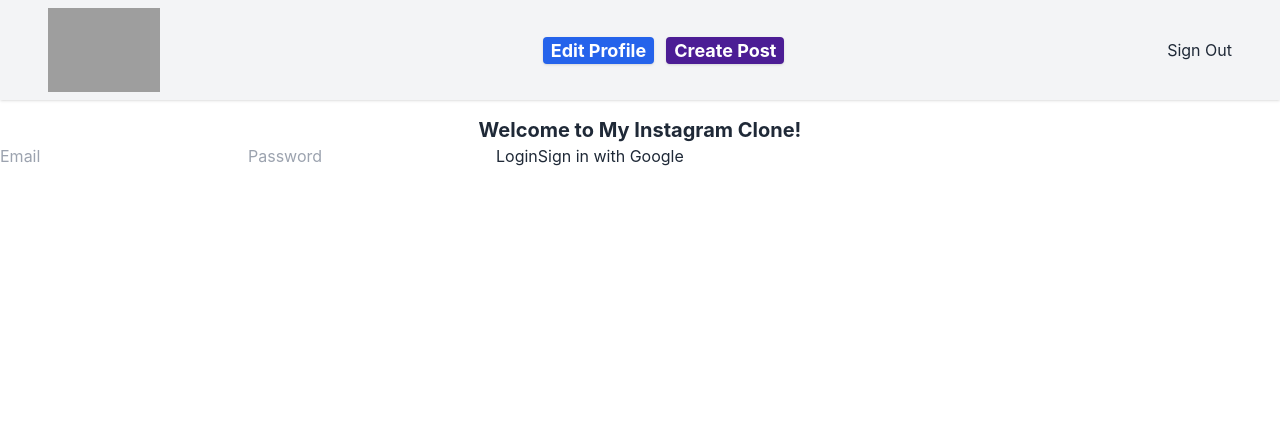
Repository: ossioa/instagrmmanu
Page: /login
These files come from the project's save history. The page is drawn as it stood at one moment and after the next save; the edit follows.
The browser window is 1280 px wide. The pictures show the whole page.
Pictures or frames that could not be fetched are drawn as grey boxes. The page's requests for data from a server got no answer. The project was rebuilt for these pictures with package versions that can differ from the ones it lists, and the page was loaded fresh each time. No one was signed in, and anything a server would have sent is missing. Also part of the build but not shown: src/Components/Auth/Signup.js, src/Components/Common/Layout.jsx, src/Components/Profile/EditProfile.jsx, src/Components/Post/CreatePost.jsx.

Above is the page before, as saved 2024-05-12 00:27:27.

### src/App.js
import React from 'react';
import { BrowserRouter as Router, Routes, Route, Navigate } from 'react-router-dom';
import { AuthProvider } from './contexts/AuthContext';
import Login from './Components/Auth/Login';
import Signup from './Components/Auth/Signup';
import Layout from './Components/Common/Layout';
import EditProfile from './Components/Profile/EditProfile';
import CreatePost from './Components/Post/CreatePost';
//import PrivateRoute from './Components/Common/PrivateRoute';
import Navbar from './Components/Common/Navbar';
import Home from './Home';



function App() {
  return (
    <Router>
      <AuthProvider>
      <Home/>
        <Routes>
          <Route path="/login" element={<Login />} />
          <Route path="/signup" element={<Signup />} />
          <Route path="/" element={
              <Layout>
                <EditProfile />
                <CreatePost />
                <Navbar/>
              </Layout>
          } />
          <Route path="*" element={<Navigate to="/" />} />
        </Routes>
      </AuthProvider>
    </Router>
  );
}

export default App;

### src/contexts/AuthContext.jsx
import React, { createContext, useContext, useState, useEffect } from 'react';
import { auth } from '../config/firebase';
import { onAuthStateChanged } from 'firebase/auth';

const AuthContext = createContext();

export const AuthProvider = ({ children }) => {
  const [user, setUser] = useState(null);
  const [isLoading, setIsLoading] = useState(true); // Track loading state

  useEffect(() => {
    const unsubscribe = onAuthStateChanged(auth, (user) => {
      setUser(user);
      setIsLoading(false); // Update loading state when auth state is resolved
    });

    return () => unsubscribe();
  }, []);

  return (
    <AuthContext.Provider value={{ user, isLoading }}>
      {children}
    </AuthContext.Provider>
  );
};

export const useAuth = () => useContext(AuthContext);

### src/Components/Auth/Login.jsx
import React, { useState } from 'react';
import { auth } from '../../config/firebase';
import { signInWithEmailAndPassword, GoogleAuthProvider, signInWithPopup } from 'firebase/auth';

const Login = () => {
  const [email, setEmail] = useState('');
  const [password, setPassword] = useState('');

  const handleEmailLogin = async (event) => {
    event.preventDefault();
    try {
      const userCredential = await signInWithEmailAndPassword(auth, email, password);
      console.log('Logged in Successfully:', userCredential.user);
    } catch (error) {
      console.error('Error Logging in:', error);
    }
  };

  const googleSignIn = async () => {
    const provider = new GoogleAuthProvider();
    try {
      const result = await signInWithPopup(auth, provider);
      console.log('Google Sign-In Success', result.user);
    } catch (error) {
      console.error('Google Sign-In Error', error);
    }
  };

  return (
    <form onSubmit={handleEmailLogin}>
      <input type="email" value={email} onChange={(e) => setEmail(e.target.value)} placeholder="Email" />
      <input type="password" value={password} onChange={(e) => setPassword(e.target.value)} placeholder="Password" />
      <button type="submit">Login</button>
      <button onClick={googleSignIn}>Sign in with Google</button>  {/* Bouton pour la connexion Google */}
    </form>
  );
};

export default Login;

### src/Components/Common/Navbar.jsx
import React from 'react';
import { Link, useNavigate } from 'react-router-dom';
//import { useAuth } from '../../contexts/AuthContext'; // Adjust the path as necessary
import { auth } from '../../config/firebase'; // Ensure this is correctly imported
import { signOut } from 'firebase/auth';

const Navbar = () => {
  //const { currentUser } = useAuth();
  const navigate = useNavigate(); // Hook to programmatically navigate

  const handleSignOut = async () => {
    try {
      await signOut(auth);  // Firebase sign out
      navigate('/login');   // Redirect to login after sign out
    } catch (error) {
      console.error('Sign out failed', error);
    }
  };

  return (
    <div className='flex justify-between items-center px-12 py-2 bg-gray-100 sticky top-0 z-20 shadow'>
      <div className='flex'>
        <img src='https://pngedits.com/public/uploads/preview/instagram-logo-png-image-download-11617068196c1gb8cm06w.png' alt='logo' className='w-28' />
      </div>
      {/* <Search /> Uncomment this line if the Search component is defined elsewhere */}
      <div className='flex items-center justify-between gap-x-3'>
        <button className='text-white bg-blue-600 hover:bg-green-600 transform transition duration-500 ease-in-out hover:scale-110 font-bold px-2 py-0 shadow rounded text-[18px]'><Link to="/profile/edit">Edit Profile</Link></button>
        <button className='text-white bg-violet-900 hover:bg-yellow-500 transform transition duration-500 ease-in-out hover:scale-110 font-bold px-2 py-0 shadow rounded text-[18px]'><Link to="/post/create">Create Post</Link></button>
      </div>
      <button onClick={handleSignOut} className="hover:text-blue-300 transition duration-200">Sign Out</button>
    </div>
  );
}

export default Navbar;

### src/Home.jsx
import React from 'react';
import Navbar from './Components/Common/Navbar';
import PostList from './Components/Post/PostList';

const Home = () => {
  return (
    <div>
      <Navbar />
      <div className="container mx-auto mt-4">
        <h1 className="text-xl font-bold text-center">Welcome to My Instagram Clone!</h1>
        <PostList />
      </div>
    </div>
  );
};

export default Home;

### src/config/firebase.js
import { initializeApp } from 'firebase/app';
import { getFirestore } from 'firebase/firestore';
import { getAuth } from 'firebase/auth';
import { getStorage } from 'firebase/storage';
import { setPersistence, browserSessionPersistence } from 'firebase/auth';

//Firebase configuration
const firebaseConfig = {
  apiKey: "AIzaSyCRk86K_x3uTYvSoD7edeMJFlYN4vrIYAg",
  authDomain: "instagramclone241.firebaseapp.com",
  projectId: "instagramclone241",
  storageBucket: "instagramclone241.appspot.com",
  messagingSenderId: "567921808959",
  appId: "1:567921808959:web:6ca2bafa2d16ce1749ca8a"
};

// Initialize Firebase
const app = initializeApp(firebaseConfig);

// Initialize the Firebase services
const db = getFirestore(app);
const auth = getAuth(app);
const storage = getStorage(app);

setPersistence(auth, browserSessionPersistence)
  .then(() => {
    console.log("Persistence is set to session-based");
  })
  .catch((error) => {
    console.error("Error setting persistence:", error);
  });

export { db, auth, storage };

### src/Components/Post/PostList.jsx
import React, { useEffect, useState } from 'react';
import { collection, getDocs } from 'firebase/firestore';
import { db } from '../../config/firebase';
import { formatDistanceToNow } from 'date-fns';

const PostList = () => {
  const [posts, setPosts] = useState([]);

  useEffect(() => {
    const fetchPosts = async () => {
      const querySnapshot = await getDocs(collection(db, "posts"));
      const postsData = querySnapshot.docs.map(doc => {
        const data = doc.data();
        return {
          id: doc.id,
          ...data,
          timestamp: data.timestamp ? data.timestamp.toDate() : new Date()
        };
      });
      setPosts(postsData);
    };

    fetchPosts();
  }, []);

  return (
    <div>
      {posts.map(post => (
        <div key={post.id} style={{ marginBottom: '20px' }}>
          <img src={post.photoURL} alt="Post" style={{ width: '100%' }} />
          <p>{post.caption}</p>
          <small>{formatDistanceToNow(post.timestamp)} ago</small>  {/* Affichage du temps écoulé depuis la création du post */}
          <div>
            <button>👍 {post.likes}</button> {/* Bouton pour liker */}
            <span> - {post.comments.length} comments</span> {/* Affichage du nombre de commentaires */}
          </div>
        </div>
      ))}
    </div>
  );
};

export default PostList;

### tailwind.config.js
/** @type {import('tailwindcss').Config} */
module.exports = {
  content: [
    "./src/**/*.{js,jsx,ts,tsx}",
  ],
  theme: {
    extend: {
      animation: {
        'gradient-x':'gradient-x 10s ease infinite',
        'gradient-y':'gradient-y 10s ease infinite'
      },
      keyframes: {
        'gradient-y': {
          '0%, 100%': {
            'background-size':'400% 400%',
            'background-position': 'center top'
          },
          '50%': {
            'background-size':'200% 200%',
            'background-position': 'center center'
          }
        },
        'gradient-x': {
          '0%, 100%': {
            'background-size':'200% 200%',
            'background-position': 'left center'
          },
          '50%': {
            'background-size':'200% 200%',
            'background-position': 'right center'
          }
        }
      }
    },
  },
  plugins: [
    require('daisyui'),
  ],
}

Loaded but not shown: public/index.html (common file); src/index.js (common file); src/index.css (common file)

After the next save:
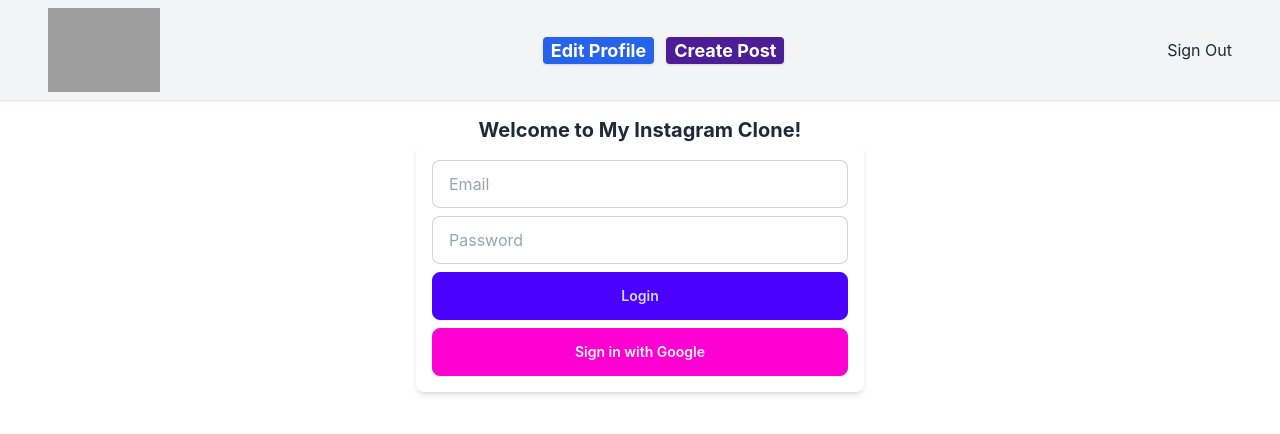
Saved 6 s later.
--- a/src/Components/Auth/Login.jsx
+++ b/src/Components/Auth/Login.jsx
@@ -27,11 +27,25 @@ const Login = () => {
   };
 
   return (
-    <form onSubmit={handleEmailLogin}>
-      <input type="email" value={email} onChange={(e) => setEmail(e.target.value)} placeholder="Email" />
-      <input type="password" value={password} onChange={(e) => setPassword(e.target.value)} placeholder="Password" />
-      <button type="submit">Login</button>
-      <button onClick={googleSignIn}>Sign in with Google</button>  {/* Bouton pour la connexion Google */}
+    <form onSubmit={handleEmailLogin} className="flex flex-col p-4 space-y-2 bg-white shadow-md rounded-lg max-w-md mx-auto">
+      <input
+        type="email"
+        value={email}
+        onChange={(e) => setEmail(e.target.value)}
+        placeholder="Email"
+        className="input input-bordered w-full"
+        autoComplete="username"
+      />
+      <input
+        type="password"
+        value={password}
+        onChange={(e) => setPassword(e.target.value)}
+        placeholder="Password"
+        className="input input-bordered w-full"
+        autoComplete="current-password"
+      />
+      <button type="submit" className="btn btn-primary w-full">Login</button>
+      <button type="button" onClick={googleSignIn} className="btn btn-secondary w-full">Sign in with Google</button> {/* Bouton pour la connexion Google */}
     </form>
   );
 };
